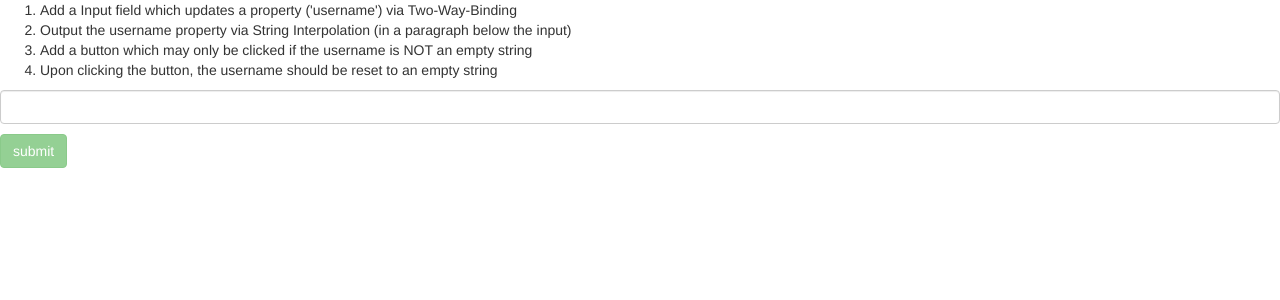
Repository: warrior1803-wang/Angular-Practices
Page: /
These files come from the project's save history. The page is drawn as it stood at one moment and after the next save; the edit follows.
The browser window is 1280 px wide. The pictures show the whole page.
The project was rebuilt for these pictures with package versions that can differ from the ones it lists, and the page was loaded fresh each time. Also part of the build but not shown: angular.json.

Above is the page before, as saved 2022-11-01 22:16:32.

### src/app/app.component.ts
import { Component } from '@angular/core';

@Component({
  selector: 'app-root',
  templateUrl: './app.component.html',
  styleUrls: ['./app.component.css']
})
export class AppComponent {
  username = ""
  onSubmit(){
    this.username = ""
  }
}

### src/app/app.component.html
<ol>
  <li>Add a Input field which updates a property ('username') via Two-Way-Binding</li>
  <li>Output the username property via String Interpolation (in a paragraph below the input)</li>
  <li>Add a button which may only be clicked if the username is NOT an empty string</li>
  <li>Upon clicking the button, the username should be reset to an empty string</li>
</ol>

<input type="text" class="form-control"
[(ngModel)]="username">
<p>{{username}}</p>
<button class="btn btn-success" [disabled]="!username" (click)="onSubmit()">submit</button>

Loaded but not shown: src/index.html (common file); src/styles.css (common file); src/main.ts (common file); src/app/app.module.ts (common file); src/environments/environment.ts (common file); src/app/app.component.css (no stored copy; drawn as an empty file)

After the next save:
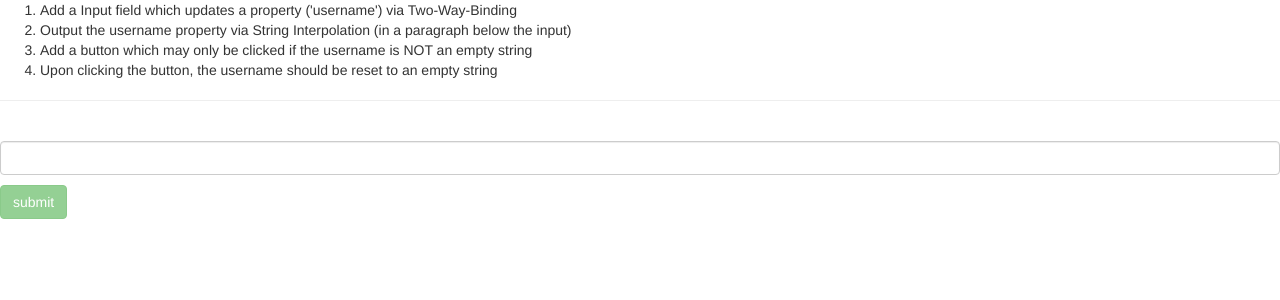
Saved 5 s later.
--- a/src/app/app.component.html
+++ b/src/app/app.component.html
@@ -4,7 +4,8 @@
   <li>Add a button which may only be clicked if the username is NOT an empty string</li>
   <li>Upon clicking the button, the username should be reset to an empty string</li>
 </ol>
-
+<hr>
+<label for=""></label>
 <input type="text" class="form-control"
 [(ngModel)]="username">
 <p>{{username}}</p>
